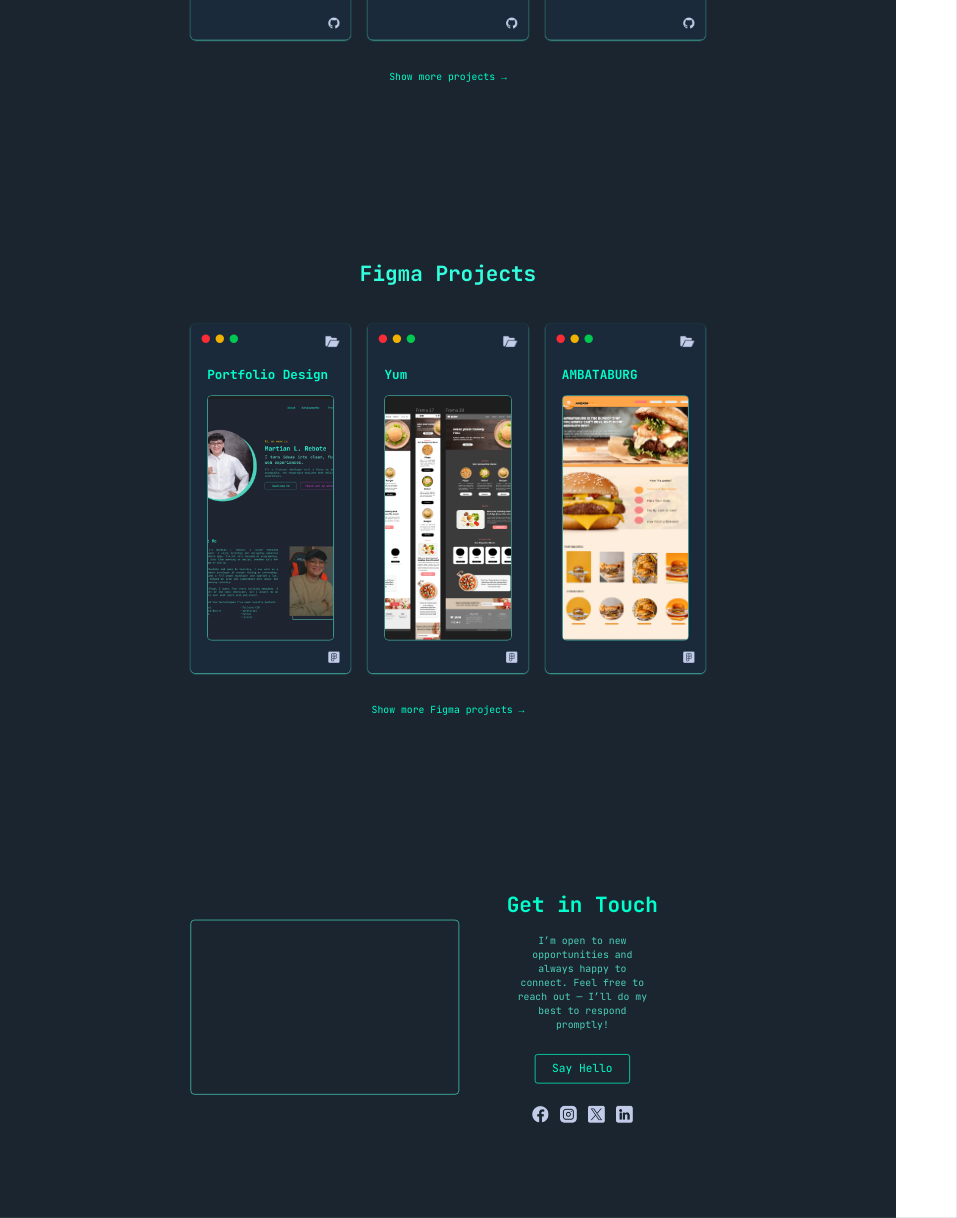
Repository: m4rsu-code/Portfolio
Page: / (app in my-portfolio/)
These files come from the project's save history. The page is drawn as it stood at one moment and after the next save; the edit follows.
The browser window is 1280 px wide. The page is 1367 px wide, so the pictures cover 1367 px, including what lies to the right of the window. The pictures show the part of the page from y = 3327 to 5087 px (the page is 5067 px tall before and 5087 px after), at 70% of full size.
The project was rebuilt for these pictures with package versions that can differ from the ones it lists, and the page was loaded fresh each time. Also part of the build but not shown: my-portfolio/vite.config.js, my-portfolio/src/assets/components/Modal/AchievementModal.jsx, my-portfolio/src/AchievementsPage.jsx, my-portfolio/src/ProjectPage.jsx, my-portfolio/src/FigmaProjectsPage.jsx.

Above is the page before, as saved 2025-08-04 18:27:32.

### my-portfolio/src/main.jsx
import { StrictMode } from "react";
import { createRoot } from "react-dom/client";
import { BrowserRouter as Router, Routes, Route } from "react-router-dom";
import "./assets/CSS/index.css";
import App from "./App.jsx";
import AchievementsPage from "./AchievementsPage.jsx";
import ProjectPage from "./ProjectPage.jsx";
import FigmaProjectsPage from "./FigmaProjectsPage.jsx";
import ScrollToTop from "./assets/components/ScrollToTop.jsx";

createRoot(document.getElementById("root")).render(
  <StrictMode>
    <Router>
      <ScrollToTop />
      <Routes>
        <Route path="/" element={<App />} />
        <Route path="/achievements" element={<AchievementsPage />} />
        <Route path="/projects" element={<ProjectPage />} />
        <Route path="/figma-projects" element={<FigmaProjectsPage />} />
      </Routes>
    </Router>
  </StrictMode>
);

### my-portfolio/src/assets/CSS/index.css
@import "tailwindcss";

@layer base {
  .font-jetbrains-mono {
    font-family: 'JetBrains Mono', monospace;
  }
}

### my-portfolio/src/App.jsx
import { useState } from 'react';
import { Link } from 'react-router-dom';
import Navbar from './assets/components/Navbar';
import AchievementModal from './assets/components/Modal/AchievementModal';
import './assets/CSS/animation.css';
import { achievements, projects, figmaProjects } from './assets/components/data';
import ScrollToTopButton from './assets/components/ScrollToTopButton';

function App() {
  const [isModalOpen, setIsModalOpen] = useState(false);
  const [selectedAchievement, setSelectedAchievement] = useState(null);

  const openModal = (achievement) => {
    setSelectedAchievement(achievement);
    setIsModalOpen(true);
  };

  const closeModal = () => {
    setIsModalOpen(false);
    setSelectedAchievement(null);
  };

  return (
    <div className='min-h-screen bg-[#1A252F]'>
      <Navbar />
      <ScrollToTopButton />
      <div className='w-full px-60 py-10'>
        {/* Introduction Section */}
        <div className="flex flex-col items-center justify-center mt-30">
          <div className="flex flex-col md:flex-row items-center justify-center gap-35 px-8 py-16">
            {/* Image with Glowing Effect */}
            <div className="relative">
              <div className="rounded-full border-[2px] border-[#00FFCC] overflow-hidden w-[500px] h-[500px] animate-glow">
                <img
                  src="/Images/me.png"
                  alt="Martian L. Rebote"
                  className="object-cover w-full h-full"
                />
              </div>
            </div>

            {/* Text Content */}
            <div className="text-center md:text-left font-jetbrains-mono">
              <div className='w-full md:w-[750px]'>
                <p className="text-[#FFEA00] text-[18px]">Hi, my name is</p>
                <h1 className="text-[#00FFCC] text-[45px] font-bold mt-2">Martian L. Rebote</h1>
                <p className="text-base text-[30px] font-bold text-[#57CDB9] mt-4">
                  I turn ideas into clean, functional web experiences.
                </p>
                <p className="mt-4 text-[#4CD2BC] leading-relaxed text-[18px]">
                  I’m a frontend developer with a focus on building fast, accessible, and responsive websites that deliver great user experiences.
                </p>
              </div>

              <div className="mt-6 flex flex-col sm:flex-row items-center gap-4">
                <a href="/Martian_Rebote_CV.pdf" className="border border-[#00FFCC] px-5 py-2 rounded-md text-[#00FFCC] hover:bg-[#00FFCC] hover:text-black transition-colors">
                  Download CV
                </a>
                <a href="#projects" className="border border-[#FF38E5] px-5 py-2 rounded-md text-[#FF38E5] hover:bg-[#FF38E5] hover:text-black transition-colors">
                  Check out my work!
                </a>
              </div>
            </div>
          </div>
        </div>

        {/* About Me Section */}
        <div id="about" className="flex flex-col mt-30">
          <div className='flex flex-col md:flex-row items-center justify-between gap-10 px-8 py-16'>
            <div className='w-full md:w-[800px] text-left font-jetbrains-mono'>
              <h2 className='text-[#31FFDD] text-[30px] font-bold mb-7'>About Me</h2>
              <div className='w-full md:w-[900px] text-justify px-5'>
                <p className='text-[#4CD2BC] text-[18px] mt-4'>
                  Hi, I’m Martian L. Rebote, a junior frontend developer. I enjoy building and designing websites and mobile apps. I’m not only focused on programming, but I also like working on design, whether it’s for the web or mobile.
                </p>
                <p className='text-[#4CD2BC] text-[18px] mt-4'>
                  I’m flexible and open to learning. I can work as a full-stack developer if needed. During my internship, I became a full-stack developer and learned a lot, which helped me grow and understand more about the programming industry.
                </p>
                <p className='text-[#4CD2BC] text-[18px] mt-4'>
                  Some of the technologies I’ve used recently include:
                </p>

                <div className='flex flex-col sm:flex-row gap-10 mt-4'>
                  <ul className='text-[#4CD2BC] text-[18px] mt-2 list-disc pl-5'>
                    <li>React</li>
                    <li>React-Native</li>
                    <li>HTML</li>
                    <li>CSS</li>
                  </ul>
                  <ul className='text-[#4CD2BC] text-[18px] mt-2 list-disc pl-5'>
                    <li>Tailwind CSS</li>
                    <li>JavaScript</li>
                    <li>Python</li>
                    <li>Laravel</li>
                  </ul>
                </div>
              </div>
            </div>

            <div className="relative image-container w-[380px] h-[450px] group cursor-pointer">
              <div className="absolute left-5 w-full h-full border-3 border-[#00FFCC] rounded-[10px] uneven-box z-0 transition-transform duration-300 ease-in-out"></div>
              <div className="relative z-10 rounded-[10px] overflow-hidden w-full h-full transition-transform duration-300 ease-in-out group-hover:translate-x-[-10px] group-hover:translate-y-[-10px]">
                <img
                  src="/Images/me2.jpg"
                  alt="Martian L. Rebote"
                  className="object-cover w-full h-full"
                />
              </div>
            </div>
          </div>
        </div>

        {/* Achievements Section */}
        <div id="achievements" className="flex flex-col mt-30 px-8 py-16 font-jetbrains-mono">
          <h2 className="text-[#31FFDD] text-[30px] font-bold mb-12">Notable Achievements</h2>

          {/* Cards Grid - Limited to first 2 achievements */}
          <div>
            {/* First Row */}
            <div className="grid md:grid-cols-2 gap-10">
              {/* Left card (code-like box with image) */}
              <div className="bg-[#1B2A3A] rounded-lg p-4 flex flex-col h-96">
                <div className="flex gap-2 mb-4">
                  <div className="w-3 h-3 bg-red-500 rounded-full"></div>
                  <div className="w-3 h-3 bg-yellow-500 rounded-full"></div>
                  <div className="w-3 h-3 bg-green-500 rounded-full"></div>
                </div>
                <div
                  className="border border-[#4CD2BC] rounded-md flex-grow overflow-hidden group cursor-pointer"
                  onClick={() => openModal(achievements[0])}
                >
                  <img
                    src={achievements[0].image}
                    alt="Achievement Image"
                    className="w-full h-full object-cover transition-transform duration-300 ease-in-out group-hover:scale-110"
                  />
                </div>
              </div>

              {/* Right card (trophy + achievement with text) */}
              <div className="flex flex-col h-64">
                <p className="text-[#31FFDD] text-sm mb-2">Featured Achievement</p>
                <h3 className="text-[#31FFDD] text-lg font-bold flex items-center gap-2">
                  🏆 {achievements[0].title}
                </h3>
                <div className="border border-[#4CD2BC] rounded-md flex-grow mt-4 p-4 text-[#4CD2BC] text-sm overflow-auto">
                  {achievements[0].description}
                </div>
                <p className="text-[#4CD2BC] text-sm mt-2">Date: {achievements[0].date}</p>
              </div>
            </div>

            {/* Second Row */}
            <div className="grid md:grid-cols-2 gap-10 mt-10">
              {/* Left card (trophy + achievement with text) */}
              <div className="flex flex-col h-64">
                <p className="text-[#31FFDD] text-sm mb-2">Featured Achievement</p>
                <h3 className="text-[#31FFDD] text-lg font-bold flex items-center gap-2">
                  🏆 {achievements[1].title}
                </h3>
                <div className="border border-[#4CD2BC] rounded-md flex-grow mt-4 p-4 text-[#4CD2BC] text-sm overflow-auto">
                  {achievements[1].description}
                </div>
                <p className="text-[#4CD2BC] text-sm mt-2">Date: {achievements[1].date}</p>
              </div>

              {/* Right card (code-like box with image) */}
              <div className="bg-[#1B2A3A] rounded-lg p-4 flex flex-col h-96">
                <div className="flex gap-2 mb-4">
                  <div className="w-3 h-3 bg-red-500 rounded-full"></div>
                  <div className="w-3 h-3 bg-yellow-500 rounded-full"></div>
                  <div className="w-3 h-3 bg-green-500 rounded-full"></div>
                </div>
                <div
                  className="border border-[#4CD2BC] rounded-md flex-grow overflow-hidden group cursor-pointer"
                  onClick={() => openModal(achievements[1])}
                >
                  <img
                    src={achievements[1].image}
                    alt="Achievement Image"
                    className="w-full h-full object-cover transition-transform duration-300 ease-in-out group-hover:scale-110"
                  />
                </div>
              </div>
            </div>
          </div>

          {/* Show more link */}
          <div className="text-center mt-10">
            <Link
                to="/achievements"
                state={{ achievements }}
                className="text-[#31FFDD] text-sm hover:underline"
              >
                Show more achievements →
              </Link>
          </div>
        </div>

        {/* Project Section */}
        <div id='projects' className="flex flex-col mt-30 px-8 py-16 font-jetbrains-mono">
          <h2 className="text-[#31FFDD] text-[30px] text-center font-bold mb-12">Featured Projects</h2>
          <div className="grid grid-cols-1 sm:grid-cols-2 lg:grid-cols-3 gap-6">
            {projects.slice(0, 6).map((project) => (
              <div
                key={project.id}
                className="bg-[#1B2A3A] rounded-lg p-4 flex flex-col h-48 relative group shadow-xs shadow-[#4CD2BC] cursor-pointer transform transition-transform duration-300 ease-in-out hover:-translate-y-2"
              >
                <div className="flex gap-2">
                  <div className="w-3 h-3 bg-red-500 rounded-full"></div>
                  <div className="w-3 h-3 bg-yellow-500 rounded-full"></div>
                  <div className="w-3 h-3 bg-green-500 rounded-full"></div>
                  <div className="justify-end ml-auto">
                    <img src="/Images/open-folder.png" alt="Folder Icon" className="w-5 h-5" />
                  </div>
                </div>
                <div className="text-left rounded-md flex-grow p-4">
                  <h3 className="text-[#00FFCC] text-[18px] font-bold mb-2">{project.title}</h3>
                  <p className="text-[#4CD2BC] text-[10px]">{project.description}</p>
                </div>
                <div className="flex justify-end gap-2">
                  {project.githubLink ? (
                    <a href={project.githubLink} target="_blank" rel="noopener noreferrer" aria-label={`View ${project.title} on GitHub`}>
                      <img
                        src="/Images/github.png"
                        alt="GitHub Icon"
                        className="w-4 h-4 hover:invert hover:brightness-0 hover:sepia hover:saturate-[100%]"
                      />
                    </a>
                  ) : (
                    <img
                      src="/Images/github.png"
                      alt="GitHub Icon"
                      className="w-4 h-4 hover:invert hover:brightness-0 hover:sepia hover:saturate-[100%]"
                    />
                  )}
                  {project.title === 'Portfolio' && project.link && (
                    <a href={project.link} target="_blank" rel="noopener noreferrer" aria-label="View Portfolio Website">
                      <img
                        src="/Images/link.png"
                        alt="Link Icon"
                        className="w-4 h-4 hover:invert hover:brightness-0 hover:sepia hover:saturate-[100%]"
                      />
                    </a>
                  )}
                </div>
              </div>
            ))}
          </div>

          {projects.length > 6 && (
            <div className="text-center mt-10">
              <Link
                to="/projects"
                state={{ projects }}
                className="text-[#00FFCC] text-sm hover:underline"
              >
                Show more projects →
              </Link>
            </div>
          )}
        </div>

        {/* Figma Projects Section */}
        <div className="flex flex-col mt-30 px-8 py-16 font-jetbrains-mono">
          <h2 className="text-[#31FFDD] text-[30px] text-center font-bold mb-12">Figma Projects</h2>
          <div className="grid grid-cols-1 sm:grid-cols-2 lg:grid-cols-3 gap-6">
            {figmaProjects.slice(0, 3).map((project) => (
              <div
                key={project.id}
                className="bg-[#1B2A3A] rounded-lg p-4 flex flex-col h-[500px] relative group shadow-xs shadow-[#4CD2BC] cursor-pointer transform transition-transform duration-300 ease-in-out hover:-translate-y-2"
              >
                {/* Header with window controls and folder icon */}
                <div className="flex gap-2 mb-4">
                  <div className="w-3 h-3 bg-red-500 rounded-full"></div>
                  <div className="w-3 h-3 bg-yellow-500 rounded-full"></div>
                  <div className="w-3 h-3 bg-green-500 rounded-full"></div>
                  <div className="justify-end ml-auto">
                    <img src="/Images/open-folder.png" alt="Folder Icon" className="w-5 h-5" />
                  </div>
                </div>

                {/* Project Title */}
                <div className="flex items-start justify-start p-2">
                  <h3 className="text-[#00FFCC] text-[18px] font-bold">{project.title}</h3>
                </div>

                {/* Image with Border and No Overlap */}
                <div className="flex-grow flex items-center justify-center p-2">
                  <div className="border border-[#4CD2BC] rounded-md w-full h-[350px] overflow-hidden ">
                    <img
                      src={project.image}
                      alt={`${project.title} Image`}
                      className="w-full h-full object-cover"
                      onError={(e) => (e.target.src = '/Images/fallback.png')}
                      loading="lazy"
                    />
                  </div>
                </div>

                {/* Figma Link */}
                <div className="flex justify-end gap-2 mt-2">
                  {project.figmaLink && (
                    <a
                      href={project.figmaLink}
                      target="_blank"
                      rel="noopener noreferrer"
                      aria-label={`View ${project.title} on Figma`}
                    >
                      <img
                        src="/Images/figma.png"
                        alt="Figma Icon"
                        className="w-4 h-4 hover:invert hover:brightness-0 hover:sepia hover:saturate-[100%]"
                      />
                    </a>
                  )}
                </div>
              </div>
            ))}
          </div>
          {figmaProjects.length > 3 && (
            <div className="text-center mt-10">
              <Link
                to="/figma-projects"
                state={{ figmaProjects }}
                className="text-[#00FFCC] text-sm hover:underline"
              >
                Show more Figma projects →
              </Link>
            </div>
          )}
        </div>

        {/* Contact section */}
        <div className="flex flex-col mt-30 px-8 py-16 font-jetbrains-mono">
          <div className="flex  items-center justify-center w-full">

            {/* Left side — the outlined box */}
            <div className="border border-[#4CD2BC] md:w-[800px] md:h-[250px] rounded-md"></div>

            {/* Right side — text, button, and icons */}
            <div className="w-full text-center ">
              <h2 className="text-[#00FFCC] text-2xl md:text-3xl font-bold mb-6">Get in Touch</h2>
              <p className="text-[#4CD2BC] text-sm  mb-8 px-20">
                I’m open to new opportunities and always happy to connect. Feel free to reach out — I’ll do my best to respond promptly!
              </p>
              <button className="border border-[#00FFCC] text-[#00FFCC] px-6 py-2 rounded hover:bg-[#00FFCC] hover:text-[#131A26] transition duration-300 mb-8 cursor-pointer">
                Say Hello
              </button>

              {/* Social icons */}
              <div className="flex items-center justify-center md:justify-center gap-4">
                <a href="#" className="hover:text-[#00FFCC]">
                  <img src="/Images/facebook.png" alt="" className='w-6 h-6 hover:invert hover:brightness-0 hover:sepia hover:saturate-[100%]'/>
                </a>
                <a href="#" className="hover:text-[#00FFCC]">
                  <img src="/Images/instagram.png" alt="" className='w-6 h-6 hover:invert hover:brightness-0 hover:sepia hover:saturate-[100%]'/>
                </a>
                <a href="#" className="hover:text-[#00FFCC]">
                  <img src="/Images/twitter.png" alt="" className='w-6 h-6 hover:invert hover:brightness-0 hover:sepia hover:saturate-[100%]'/>
                </a>
                <a href="#" className="hover:text-[#00FFCC]">
                  <img src="/Images/linkedin.png" alt="" className='w-6 h-6 hover:invert hover:brightness-0 hover:sepia hover:saturate-[100%]'/>
                </a>
              </div>
            </div>
          </div>
        </div>

        {/* Footer */}
        <footer className="text-center text-[#4CD2BC] text-sm py-4">

        </footer>


        {/* Modal */}
        {isModalOpen && selectedAchievement && (
          <AchievementModal
            image={selectedAchievement.image}
            title={selectedAchievement.title}
            description={selectedAchievement.description}
            date={selectedAchievement.date}
            onClose={closeModal}
          />
        )}
      </div>
    </div>
  );
}

export default App;

### my-portfolio/src/assets/components/ScrollToTop.jsx
import { useEffect } from 'react';
import { useLocation } from 'react-router-dom';

const ScrollToTop = () => {
  const { pathname } = useLocation();

  useEffect(() => {
    // Scrolls to the top of the window on pathname change
    window.scrollTo(0, 0);
  }, [pathname]);

  return null;
};

export default ScrollToTop;

### my-portfolio/src/assets/components/Navbar.jsx
import React from 'react';
import '../CSS/Navbar.css'; // Import the CSS for styling

function Navbar() {
  return (
    <nav className="w-full px-10 py-4 flex justify-between items-center fixed top-0 left-0 z-50 bg-transparent backdrop-blur-md font-jetbrains-mono">
      {/* Logo on the left */}
      <a href="/" className='text-3xl font-bold text-[#FF38E5] cursor-pointer'>m4rsu</a>
      {/* Navigation links on the right */}
      <div className='flex gap-10 text-base'>
        <a href='#about' className='text-[#31FFDD] text-[15px] font-light nav-link'>About</a>
        <a href='#achievements' className='text-[#31FFDD] text-[15px] font-light nav-link'>Achievements</a>
        <a href='#projects' className='text-[#31FFDD] text-[15px] font-light nav-link'>Projects</a>
        <a href='#contact' className='text-[#31FFDD] text-[15px] font-light nav-link'>Contact</a>
      </div>
    </nav>
  );
}

export default Navbar;

### my-portfolio/src/assets/CSS/animation.css
@keyframes glow {
  0% {
    box-shadow: 0 0 5px #00FFCC, 0 0 10px #00FFCC, 0 0 15px #00FFCC, 0 0 20px #00FFCC;
  }
  50% {
    box-shadow: 0 0 10px #00FFCC, 0 0 20px #00FFCC, 0 0 30px #00FFCC, 0 0 40px #00FFCC;
  }
  100% {
    box-shadow: 0 0 5px #00FFCC, 0 0 10px #00FFCC, 0 0 15px #00FFCC, 0 0 20px #00FFCC;
  }
}

@keyframes glow {
  0% {
    box-shadow: 0 0 5px #00FFCC, 0 0 10px #00FFCC;
  }
  50% {
    box-shadow: 0 0 15px #00FFCC, 0 0 25px #00FFCC;
  }
  100% {
    box-shadow: 0 0 5px #00FFCC, 0 0 10px #00FFCC;
  }
}

.animate-glow {
  animation: glow 2s ease-in-out infinite;
}

.uneven-box {
  transform: translateY(20px); /* move it downward initially */

  transition: transform 0.3s ease-in-out;
}

.image-container:hover .uneven-box {
  transform: translateY(30px); /* move it further down on hover */
}

### my-portfolio/src/assets/CSS/Navbar.css
.nav-link {
  position: relative;
  text-decoration: none;
}

.nav-link::after {
  content: '';
  position: absolute;
  width: 100%;
  height: 2px;
  bottom: -2px;
  left: 0;
  background-color: #31FFDD;
  transform: scaleX(0);
  transform-origin: bottom right;
  transition: transform 0.3s ease-in-out;
}

.nav-link:hover::after {
  transform: scaleX(1);
  transform-origin: bottom left;
}

Loaded but not shown: my-portfolio/index.html (common file); my-portfolio/src/assets/components/data.jsx (105 lines, source omitted); my-portfolio/src/assets/components/ScrollToTopButton.jsx (68 lines, source omitted)

After the next save:
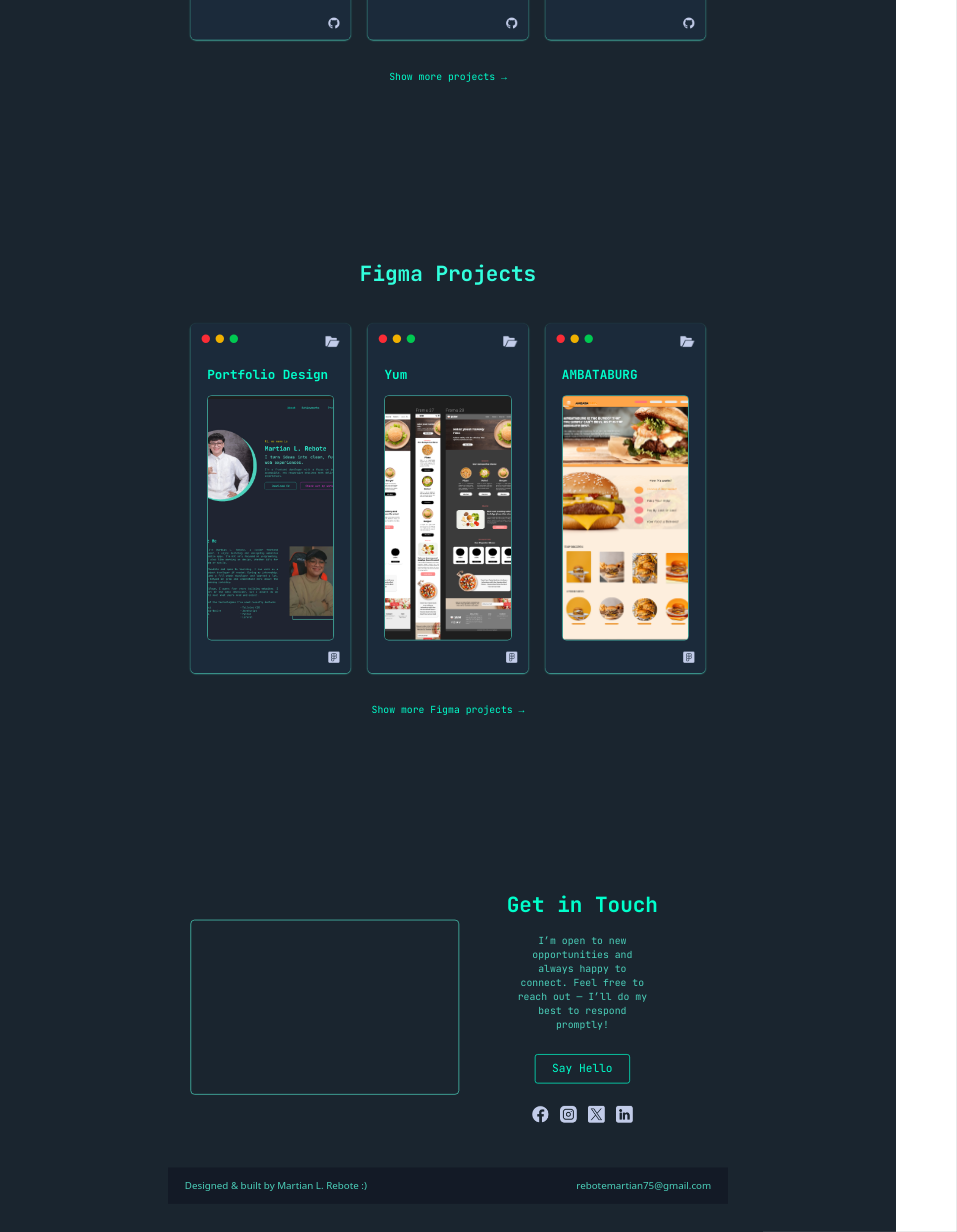
Saved 111 s later.
--- a/my-portfolio/src/App.jsx
+++ b/my-portfolio/src/App.jsx
@@ -368,9 +368,12 @@ function App() {
         </div>
 
         {/* Footer */}
-        <footer className="text-center text-[#4CD2BC] text-sm py-4">
-
-        </footer>
+        <footer className="bg-[#131A26] text-[#4CD2BC] text-sm py-4 flex items-center justify-between px-6">
+  <span>Designed & built by Martian L. Rebote :)</span>
+  <a href="mailto:rebotemartian75@gmail.com" className="text-[#4CD2BC] hover:underline">
+    rebotemartian75@gmail.com
+  </a>
+</footer>
 
 
         {/* Modal */}
